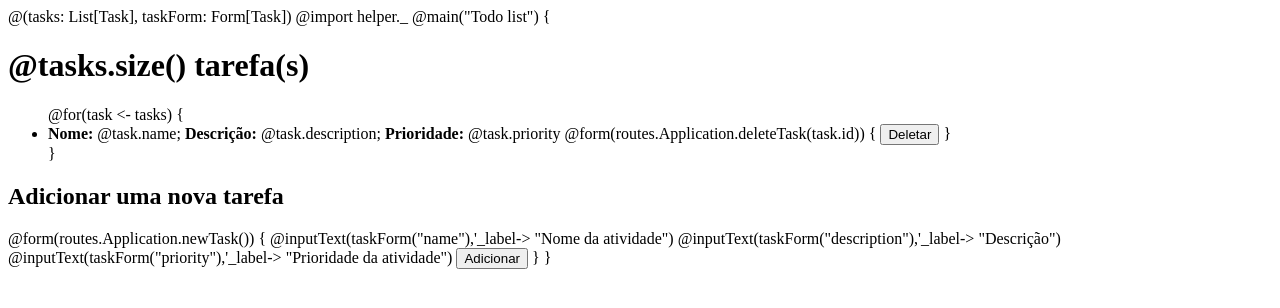
Repository: analuizamtg/si1
Page: lab2/todolist/.target/views/index.scala.html
These files come from the project's save history. The page is drawn as it stood at one moment and after the next save; the edit follows.
The browser window is 1280 px wide. The pictures show the whole page.

Above is the page before, as saved 2013-11-25 17:12:11.

After the next save:
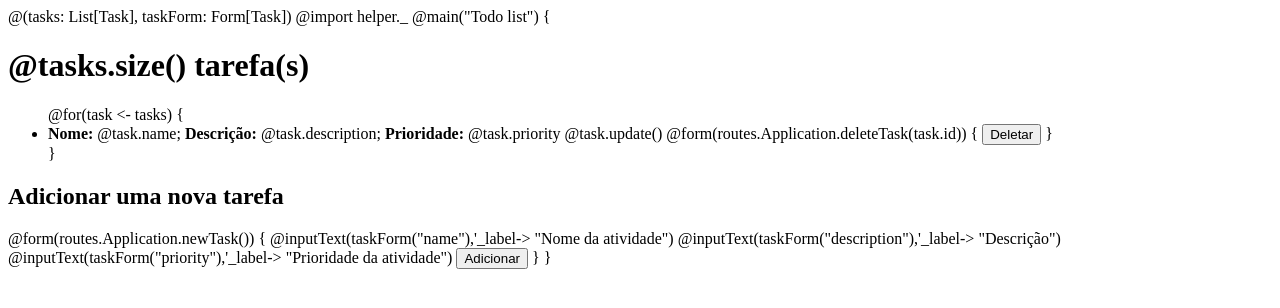
Saved 64 s later.
--- a/lab2/todolist/.target/views/index.scala.html
+++ b/lab2/todolist/.target/views/index.scala.html
@@ -13,6 +13,7 @@
                 <b>Descrição:</b>  @task.description;
                 <b>Prioridade:</b> @task.priority
 
+                @task.update()
 
                 @form(routes.Application.deleteTask(task.id)) {
                     <input type="submit" value="Deletar">

After the save that followed:
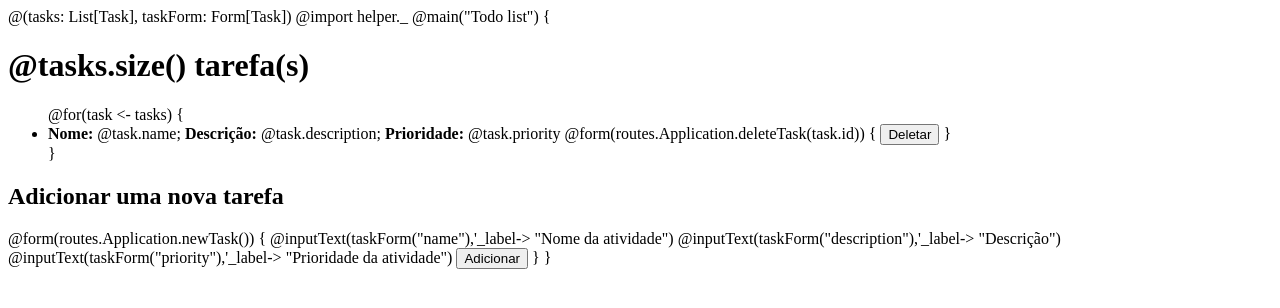
Saved 2 min 11 s later.
--- a/lab2/todolist/.target/views/index.scala.html
+++ b/lab2/todolist/.target/views/index.scala.html
@@ -13,7 +13,6 @@
                 <b>Descrição:</b>  @task.description;
                 <b>Prioridade:</b> @task.priority
 
-                @task.update()
 
                 @form(routes.Application.deleteTask(task.id)) {
                     <input type="submit" value="Deletar">
